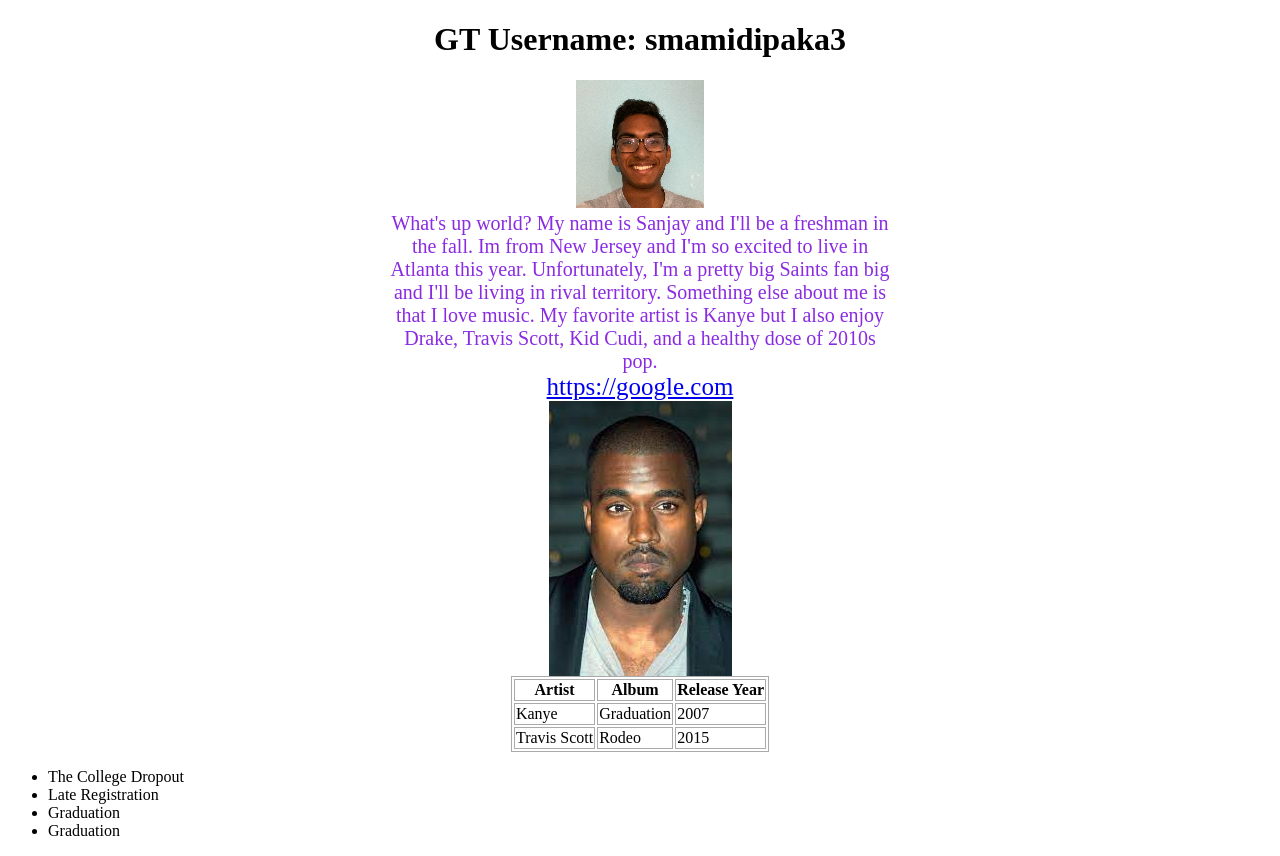
Repository: sanjayMamidipaka/cs1301
Page: lab01/index.html
The author's editor kept a copy of each file at every save. The page is drawn from the files as they stood at one save, then again after a run of saves.
The browser window is 1280 px wide. The pictures show the whole page.

Above is the page before, as saved 2021-07-22 16:55:28.

After the next 2 saves:
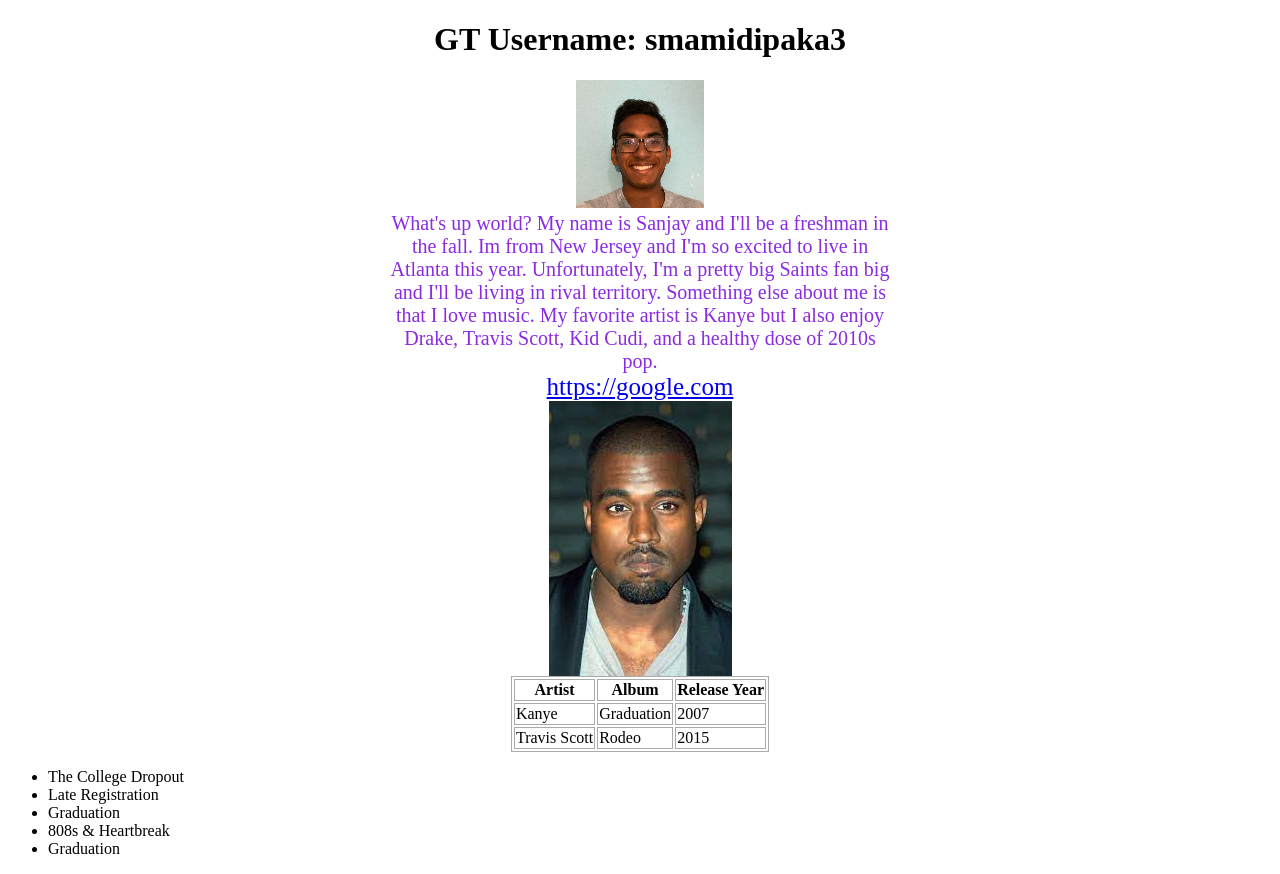
The 2 saves are shown as one change because they came seconds apart.
The last was saved 15 s later.
--- a/lab01/index.html
+++ b/lab01/index.html
@@ -46,5 +46,6 @@
     <li>The College Dropout</li>
     <li>Late Registration</li>
     <li>Graduation</li>
+    <li>808s & Heartbreak</li>
     <li>Graduation</li>
   </ul>
